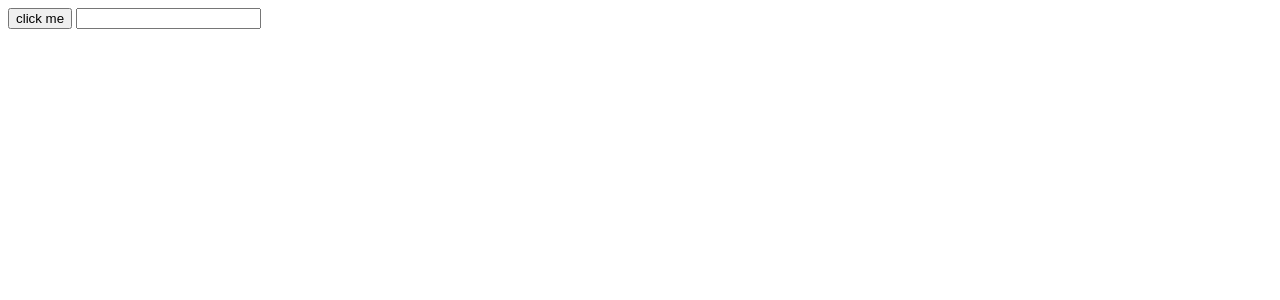
Repository: lwygold/vue
Page: learn-vue-js-master/playground/methods.html
The author's editor kept a copy of each file at every save. The page is drawn from the files as they stood at one save, then again after the next save.
The browser window is 1280 px wide. The pictures show the whole page.

Above is the page before, as saved 2023-04-21 23:14:49.

### learn-vue-js-master/playground/methods.html
<!DOCTYPE html>
<html lang="en">
<head>
    <meta charset="UTF-8">
    <meta http-equiv="X-UA-Compatible" content="IE=edge">
    <meta name="viewport" content="width=device-width, initial-scale=1.0">
    <title>Document</title>
</head>
<body>
    <div id="app">
        <button v-on:click="logText">click me</button>
        <input type="text" v-on:keyup.enter="logText">
    </div>


    <script src="https://cdn.jsdelivr.net/npm/vue/dist/vue.js"></script>
    <script>
        new Vue({
            el: '#app',
            methods: {
                logText:function(){
                    console.log('clicked');
                }
            }
        })
    </script>
</body>
</html>

After the next save:
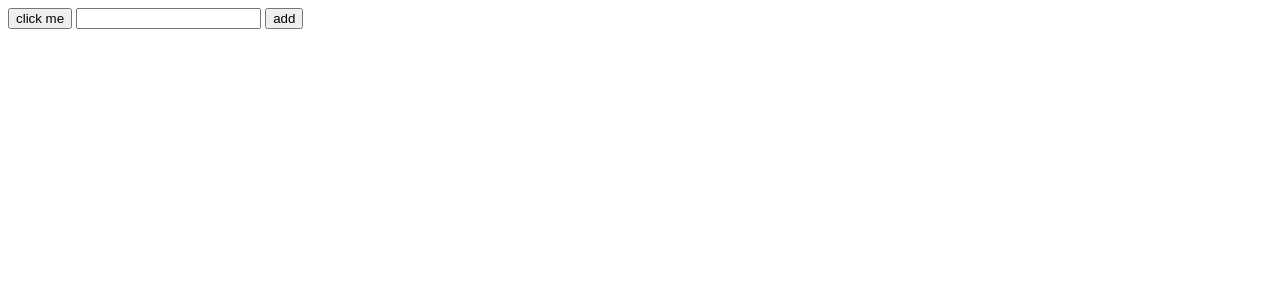
Saved 59 s later.
--- a/learn-vue-js-master/playground/methods.html
+++ b/learn-vue-js-master/playground/methods.html
@@ -10,6 +10,7 @@
     <div id="app">
         <button v-on:click="logText">click me</button>
         <input type="text" v-on:keyup.enter="logText">
+        <button>add</button>
     </div>
 
 
